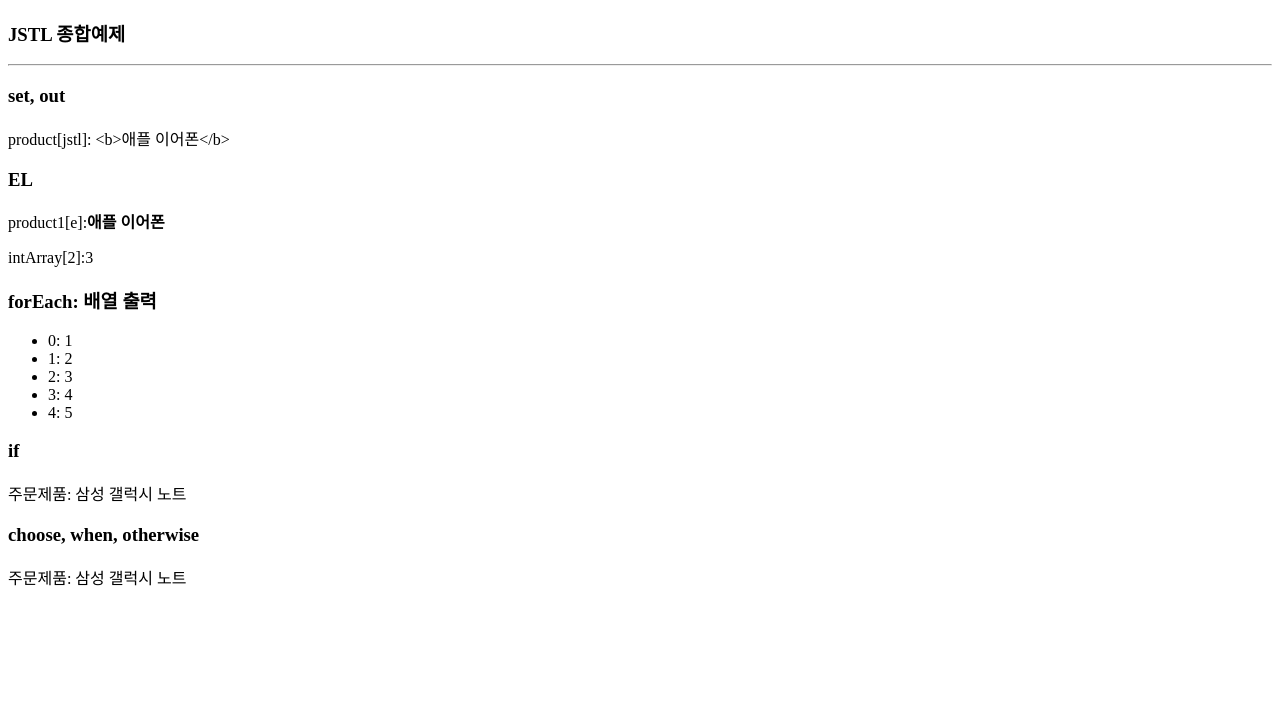
Repository: Hwater00/JSP-practice
Page: http://localhost/jwbook/ch07/jstlExam.jsp
The author's editor kept a copy of each file at every save. The page is drawn from the files as they stood at one save, then again after a run of saves.
The browser window is 1280 px wide. The pictures show the whole page.
The page is served by Tomcat 9. Other server files are loaded and not shown.

Above is the page before, as saved 2023-07-31 02:46:45.

### javaWorkspace/jwbook/src/main/webapp/ch07/jstlExam.jsp
<%@ page language="java" contentType="text/html; charset=UTF-8" pageEncoding="UTF-8"%>
<%@ taglib uri="http://java.sun.com/jsp/jstl/core" prefix="c" %>

<!DOCTYPE html>
<html>
<head>
<meta charset="UTF-8">
<title>종합예제</title>
</head>
<body>
<h3>JSTL 종합예제</h3>
<hr>
    <h3>set, out</h3>
    <c:set var="product1" value="<b>애플 이어폰</b>" />
    <c:set var="product2" value="삼성 갤럭시 노트" />
     <c:set var="intArray" value="${[1,2,3,4,5]}" />

    <p>
    product[jstl]:
    <c:out value="${product1}" default="Not register" escapeXml="true" />
    </p>

    <h3>EL </h3>
    <p>product1[e]:${product1}</p>
    <p>intArray[2]:${intArray[2]}</p>


    <h3>forEach: 배열 출력</h3>
	<ul>
    <c:forEach var="num" varStatus="i" items="${intArray}">
        <li>${i.index}: ${num}</li>
    </c:forEach>
	</ul>

	<h3>if</h3>
		<c:set var="checkout" value="true" />
		<c:if test="${checkout}">
		    <p>주문제품: ${product2}</p>
		</c:if>
		<c:if test="${!checkout}">
		    <p>주문제품이 아님</p>
		</c:if>

 	<h3>choose, when, otherwise</h3>
 	<c:choose>
 		<c:when test="${checkout}">
 			<p>주문제품: ${product2}</p>
 		</c:when>
 		<c:otherwise>
 			<p>주문제품이 아님!</p>
 		</c:otherwise>
 	</c:choose>
</body>
</html>

After the next 2 saves:
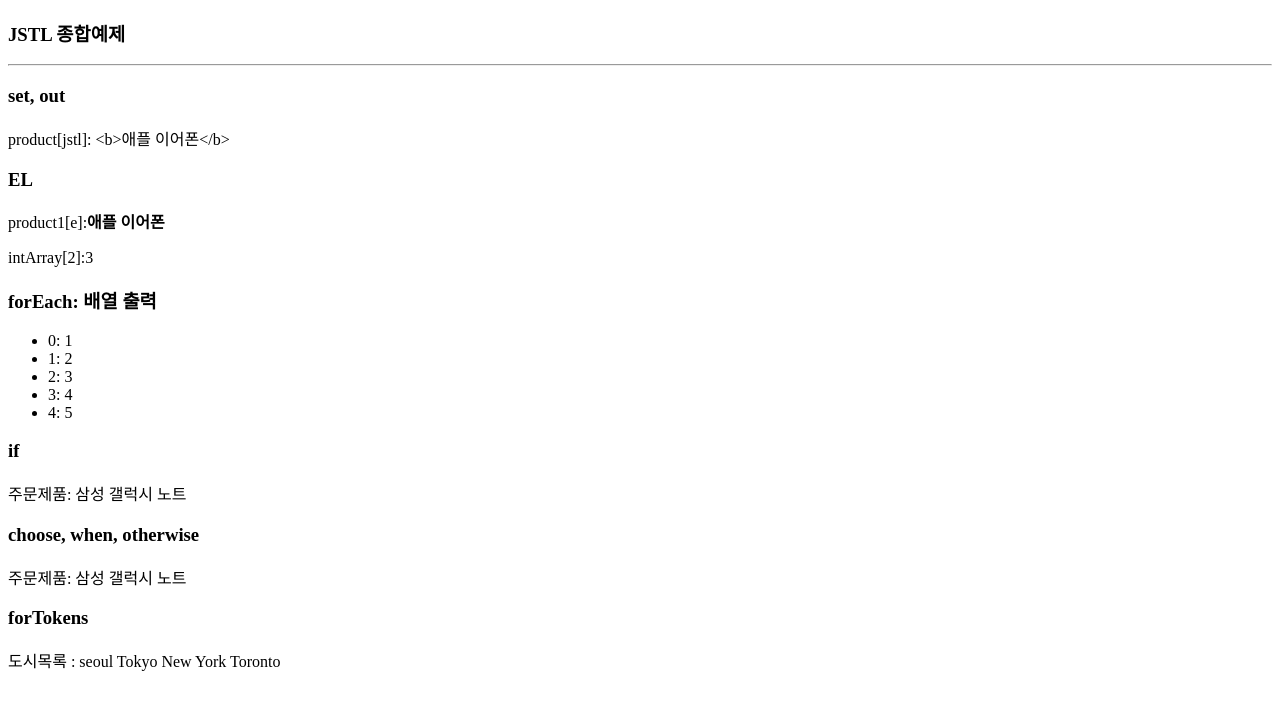
The 2 saves are shown as one change because 1 did not build or start.
The last was saved 8 min 45 s later.
--- a/javaWorkspace/jwbook/src/main/webapp/ch07/jstlExam.jsp
+++ b/javaWorkspace/jwbook/src/main/webapp/ch07/jstlExam.jsp
@@ -50,5 +50,12 @@
  			<p>주문제품이 아님!</p>
  		</c:otherwise>
  	</c:choose>
+
+	 <h3>forTokens</h3>
+	<c:forTokens var="city" items="seoul|Tokyo|New York|Toronto" delims="|" varStatus="i">
+	    <c:if test="${i.first}">도시목록 : </c:if>
+	    ${city}
+	</c:forTokens>
+
 </body>
 </html>
